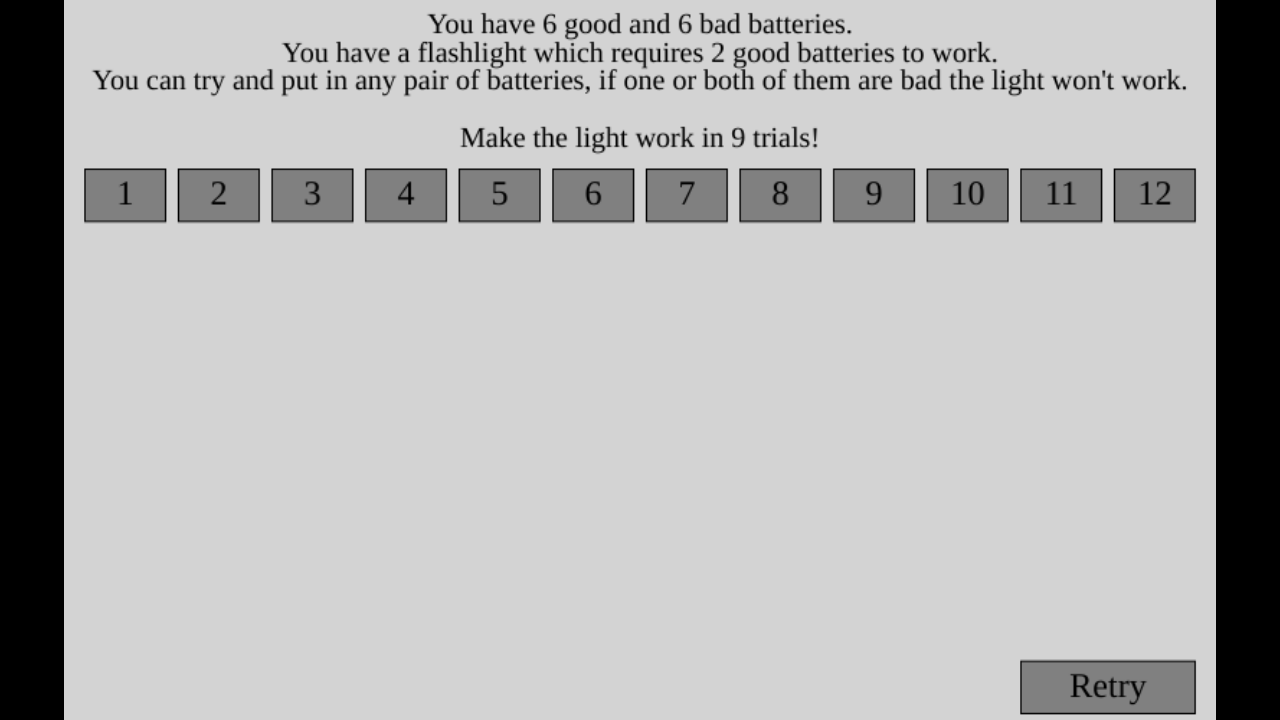
Repository: StevenZsombo/games
Page: docs/batteries/batteries.html
An editor plug-in stored every save of this project. The page is shown before and after the next save, followed by the edit.
The browser window is 1280 px wide. The pictures show the whole page.

Above is the page before, as saved 2025-07-04 13:48:13.

After the next save:
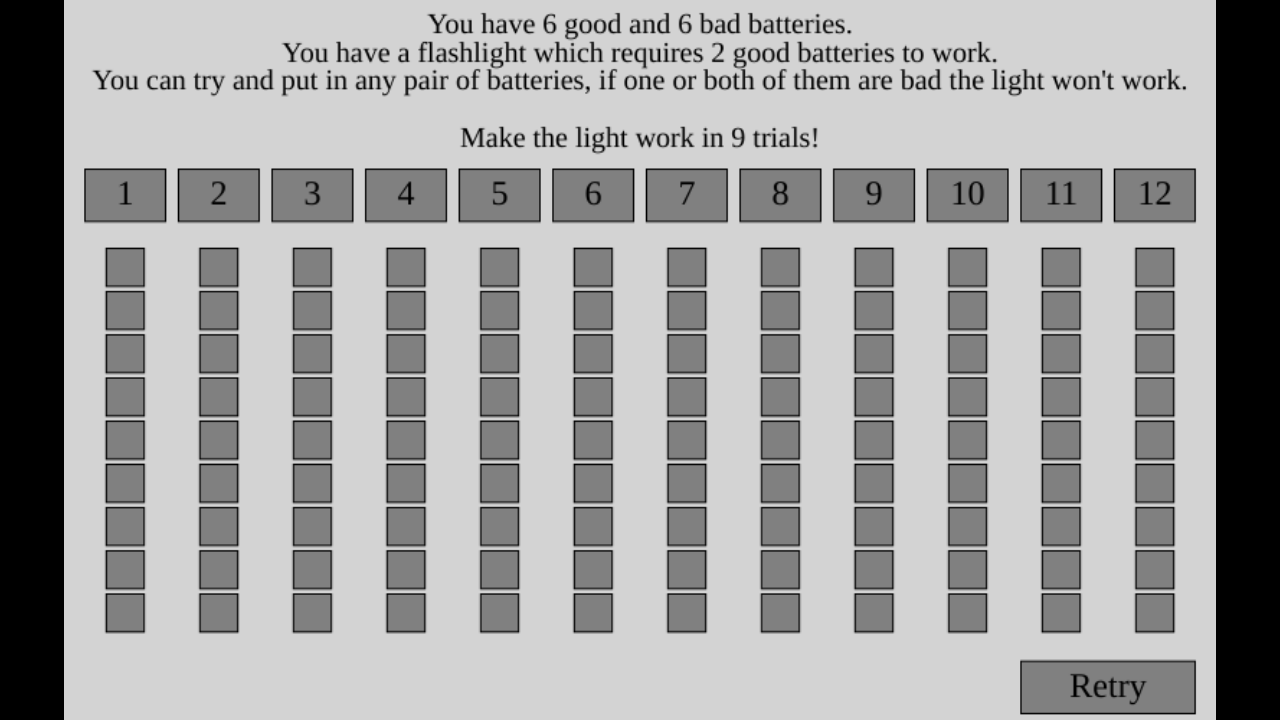
Saved 10 min 4 s later.
--- a/docs/batteries/batteries.js
+++ b/docs/batteries/batteries.js
@@ -307,7 +307,13 @@ Make the light work in 9 trials!
                 this.table.slice(1).flat().forEach(b => {
                     b.color = badones.includes(b.txt - 1) ? "red" : "green"
                 })
-                lab.txt =
+                this.dots.forEach(row => {
+                    row.forEach((b, i) => {
+                        if ((b.txt == "x") && badones.includes(i)) b.color = "red"
+                    })
+                })
+                this.grid[0].stretch(1, .5)
+                this.grid[0].txt =
                     `Each of your attempts had a bad battery in them,
 so you could not make the light work.`
             } else {  //you win!
@@ -330,6 +336,7 @@ so you could not make the light work.`
                 if (!this.attempts.first) {
                     this.attempts.first = i
                     this.batteries[i - 1].color = "lightblue"
+                    this.dots[this.attempts.count][i - 1].txt = "x"
                 } else {
                     this.attempts.count++
                     this.attempts.track.push([this.attempts.first, i])
@@ -352,6 +359,7 @@ so you could not make the light work.`
                     this.alloptions = this.alloptions.filter(x => x.includes(u) || x.includes(w))
                     this.table[this.attempts.count][0].txt = u
                     this.table[this.attempts.count][1].txt = w
+                    this.dots[this.attempts.count - 1][i - 1].txt = "x"
                     if (this.attempts.count == 9) {
                         this.victory()
                         this.batteries.forEach(x => x.interactable = false)
@@ -369,9 +377,19 @@ so you could not make the light work.`
         retry.color = "gray"
         retry.txt = "Retry"
         this.add_clickable(retry)
-
-        this.dots = this.batteries.map(x => Button.fromRect(x))
-        this.dots.forEach(x => x.move(20, 20))
+        this.dots = []
+        MM.forr(1, 10, i => {
+            this.dots.push(this.batteries.map(x => {
+                const a = Button.fromRect(x)
+                a.move(0, i * 30 + 20)
+                a.deflate(0, 10)
+                a.shrinkToSquare()
+                a.txt = null
+                return a
+            }))
+        })
+
+        this.add_clickable(this.dots.flat())
 
 
 
